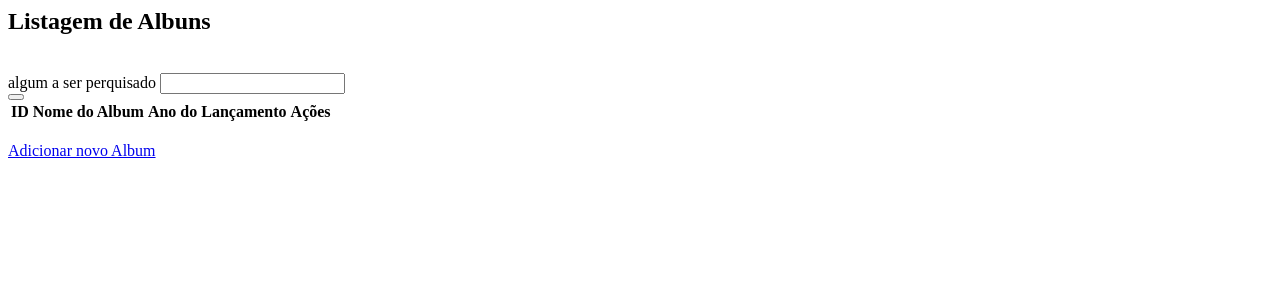
Repository: nsouza/TreinaWeb
Page: http://localhost/treinawebSpringMVC/WEB-INF/views/albuns/listar.jsp
These files come from the project's save history. The page is drawn as it stood at one moment and after the next save; the edit follows.
The browser window is 1280 px wide. The pictures show the whole page.
The page is served by Tomcat 9. Nobody is signed in. The template is opened directly, without the code that normally fills it, so the values that code supplies are empty.

Above is the page before, as saved 2016-09-22 20:19:32.

After the next save:
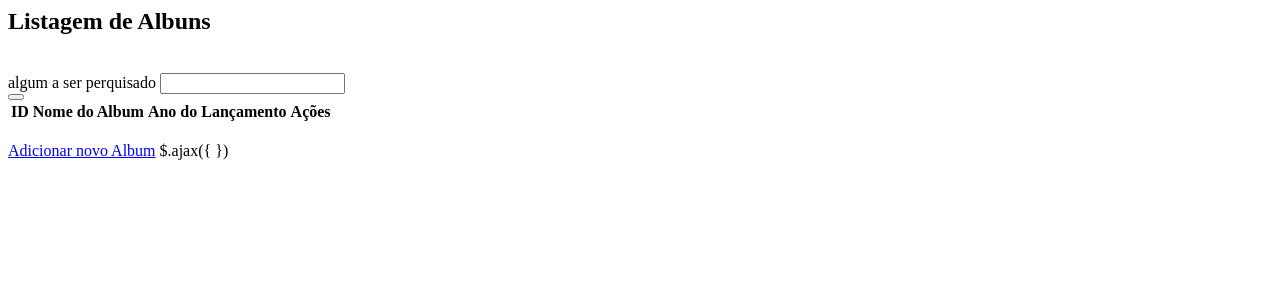
Saved 79 min 2 s later.
--- a/treinawebSpringMVC/WebContent/WEB-INF/views/albuns/listar.jsp
+++ b/treinawebSpringMVC/WebContent/WEB-INF/views/albuns/listar.jsp
@@ -10,7 +10,7 @@
 		<button class="btn btn-defautl" id="btn-pesquisar"></button>
 	</div>
 </div>
-<table class="table">
+<table class="table" id="tbl-albuns">
 	<thead>
 		<th>ID</th>
 		<th>Nome do Album</th>
@@ -35,3 +35,9 @@
 </table>
 <br />
 <a href="/treinawebSpringMVC/albuns/adicionar" class="btn btn-default">Adicionar novo Album</a>
+
+
+
+
+$.ajax({
+})
